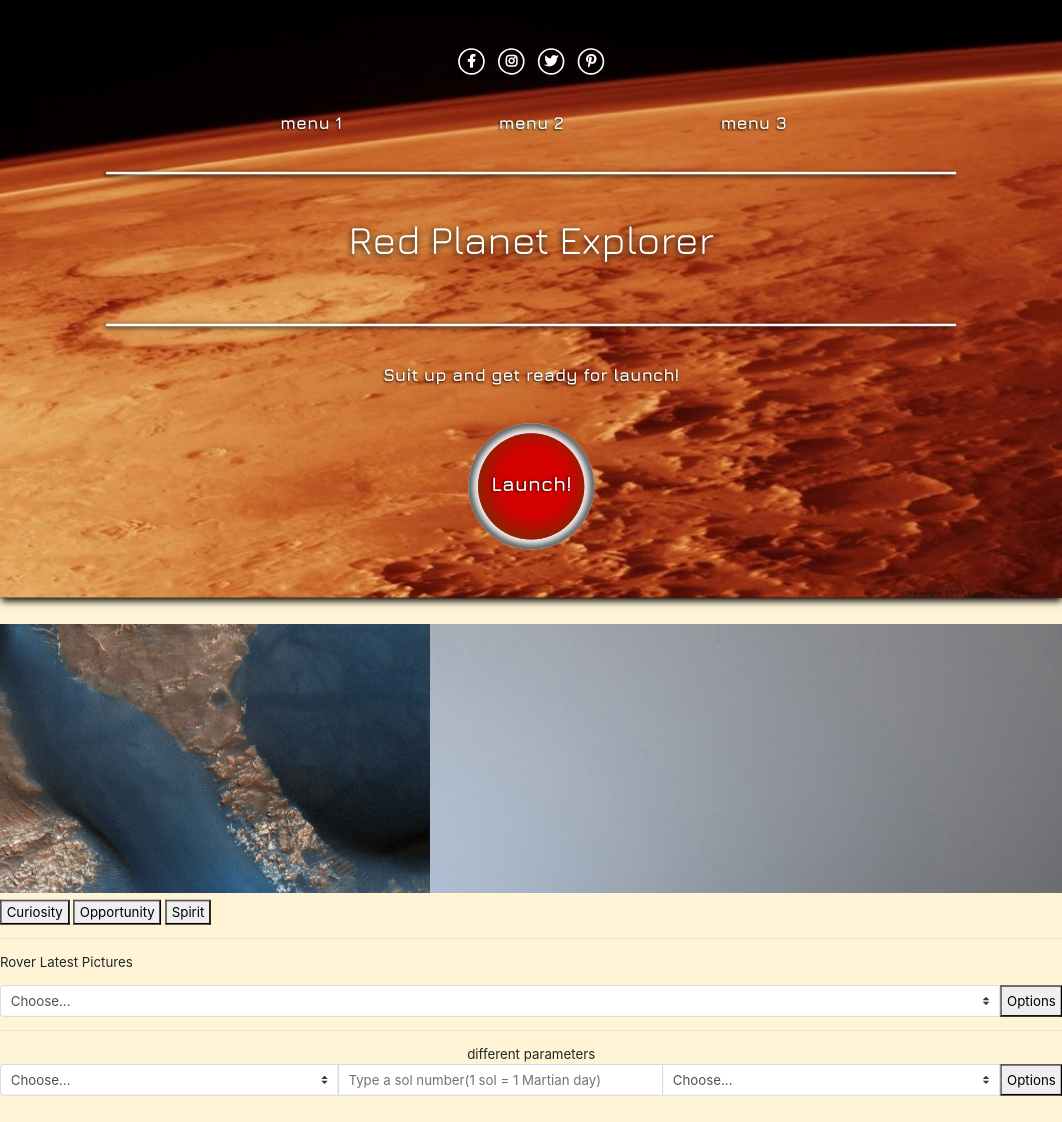
Repository: romqrq/Red-Planet-Explorer
Page: index.html
The author's editor kept a record of every edit. The page is drawn from the files as they stood at one moment, then again after the next edit.
The browser window is 1280 px wide. The pictures show the whole page, at 83% of full size.
The page's requests for data from a server got no answer. Some web fonts or font styles are not loaded; a fallback is used. Some web libraries are served in a nearby version.

Above is the page before.

### index.html
<!DOCTYPE html>
<html lang="en">

<head>
    <meta charset="UTF-8">
    <meta name="viewport" content="width=device-width, initial-scale=1.0">
    <meta http-equiv="X-UA-Compatible" content="ie=edge">
    <title>Red Weather</title>
    <link rel="stylesheet" href="https://cdnjs.cloudflare.com/ajax/libs/font-awesome/5.10.2/css/all.min.css" type="text/css" />
    <link rel="stylesheet" href="https://stackpath.bootstrapcdn.com/bootstrap/4.3.1/css/bootstrap.min.css" crossorigin="anonymous">
    <link rel="stylesheet" href="https://cdnjs.cloudflare.com/ajax/libs/hover.css/2.3.1/css/hover-min.css" type="text/css" />
    <link rel="stylesheet" href="assets/css/style.css" type="text/css" />


    <script src="https://code.jquery.com/jquery-3.4.1.js" crossorigin="anonymous"></script>
    <script type="text/javascript" src="assets/js/jquery.js"></script>
    <script type="text/javascript" src="assets/js/main.js"></script>
    <!--<script type="text/javascript" src="assets/js/main2.js"></script>-->
    <!--<script type="text/javascript" src="assets/js/main3.js"></script>-->

</head>

<body onload=writeWeatherToDocument()>
    <header>
        <div class="container-fluid main-screen-container">
            <!--<img class="header-bg" src="assets/images/mars-athmosphere.jpg"></img>-->
            <div class="row social-row">
                <div class="col-12 social-col">
                    <i class="fab fa-facebook-f round-border text-shadow"></i>
                    <i class="fab fa-instagram round-border"></i>
                    <i class="fab fa-twitter round-border"></i>
                    <i class="fab fa-pinterest-p round-border"></i>
                </div>
            </div>
            <div class="row" role="navigation">
                <a class="col-4 text-right main-text-light text-shadow" href="#">menu 1</a>
                <a class="col-4 text-center main-text-light text-shadow" href="#">menu 2</a>
                <a class="col-4 text-left main-text-light text-shadow" href="#">menu 3</a>
            </div>
            <hr class="hr-divider">
            <div class="row">
                <div class="col-12 text-center">
                    <p class="main-title title-shadow">Red Planet Explorer</p>
                </div>
            </div>
            <hr class="hr-divider">
            <div class="row">
                <div class="col-12">
                    <p class="main-text-light text-center text-shadow">Suit up and get ready for launch!</p>
                </div>
            </div>
            <div class="launch-button-div">
                <div class="launch-button-border">
                    <button class="btn launch-button text-shadow" id="launch-button">Launch!</button>
                </div>
            </div>
        </div>
    </header>
    <section>
        <div class="container-fluid weather-container">
            <div id="weatherCarousel" class="carousel slide" data-ride="carousel">
                <div class="carousel-inner">
                    <div class="carousel-item carousel-img active">
                        <img src="assets/images/carousel/curiosity_sunset.jpg" class="d-block w-100" alt="...">
                    </div>
                    <div class="carousel-item active">
                        <img src="assets/images/carousel/dune_field.jpg" class="d-block carousel-img" alt="...">
                    </div>
                    <div class="carousel-item active">
                        <img src="assets/images/carousel/sand_storm.jpg" class="d-block carousel-img" alt="...">
                    </div>
                    <div class="carousel-item active">
                        <img src="assets/images/carousel/dunes.jpg" class="d-block carousel-img" alt="...">
                    </div>
                </div>
            </div>
            <div id="dataWeather"></div>
        </div>

    </section>
    <p>Rovers Manifest</p>
    <button onclick="writeManifestToDocument('curiosity')">Curiosity</button>
    <button onclick="writeManifestToDocument('opportunity')">Opportunity</button>
    <button onclick="writeManifestToDocument('spirit')">Spirit</button>
    <div id="dataManifest"></div>
    <hr>
    <p>Rover Latest Pictures</p>
    <div class="input-group mb-3">
        <select class="custom-select" id="inputLatestRoverPhoto">
            <option selected>Choose...</option>
            <option value="curiosity">Curiosity</option>
            <option value="spirit">Spirit</option>
            <option value="opportunity">Opportunity</option>
        </select>
        <button onclick="writeLatestToDocument()">Options</button>
    </div>
    <hr>
    <div class=text-center>different parameters</div>
    <div class="input-group mb-3">
        <div class="input-group mb-3">
            <select class="custom-select" id="inputRoverName">
            <option selected>Choose...</option>
            <option value="curiosity">Curiosity</option>
            <option value="spirit">Spirit</option>
            <option value="opportunity">Opportunity</option>
        </select>
            <input type="text" class="form-control" id="solTextInput" placeholder="Type a sol number(1 sol = 1 Martian day)">
            <!--    <select class="custom-select" id="inputSolNumber">-->
            <!--  <option selected>Choose...</option>-->
            <!--  <option value="500">500</option>-->
            <!--  <option value="1000">1000</option>-->
            <!--  <option value="1500">1500</option>-->
            <!--</select>-->
            <select class="custom-select" id="inputCamName">
          <option selected>Choose...</option>
          <option value="fhaz">FHAZ</option>
          <option value="rhaz">RHAZ</option>
          <option value="mast">Mast</option>
        </select>
            <button onclick="writeParamsToDocument()">Options</button>
        </div>


        <div id="data"></div>
        <div id="data2"></div>
        <footer>

        </footer>
        <script src="https://code.jquery.com/jquery-3.3.1.slim.min.js" integrity="sha384-q8i/X+965DzO0rT7abK41JStQIAqVgRVzpbzo5smXKp4YfRvH+8abtTE1Pi6jizo" crossorigin="anonymous"></script>
        <script src="https://cdnjs.cloudflare.com/ajax/libs/popper.js/1.14.7/umd/popper.min.js" integrity="sha384-UO2eT0CpHqdSJQ6hJty5KVphtPhzWj9WO1clHTMGa3JDZwrnQq4sF86dIHNDz0W1" crossorigin="anonymous"></script>
        <script src="https://stackpath.bootstrapcdn.com/bootstrap/4.3.1/js/bootstrap.min.js" integrity="sha384-JjSmVgyd0p3pXB1rRibZUAYoIIy6OrQ6VrjIEaFf/nJGzIxFDsf4x0xIM+B07jRM" crossorigin="anonymous"></script>

</body>

</html>

### assets/css/style.css
/*General*/

@import url('https://fonts.googleapis.com/css?family=Revalia|Roboto:400,500|Jura:300,400,500,700&display=swap');


body {
    background-color: #ffd86845;
}

a {
    text-decoration: none;
    color: inherit;

}

/* Header */

.title-shadow {
    text-shadow: -1px 3px 8px #000000;
}

.text-shadow {
    text-shadow: -1px 1px 3px #000000;
}

.no-side-padding {
    padding-left: 0;
    padding-right: 0;
}

.main-screen-container {
    height: 100vh;
    max-width: 100vw;
    padding: 1rem;
    background-image: url("../images/mars-athmosphere.jpg");
    background-position: center;
    background-repeat: no-repeat;
    background-size: cover;
    background-color: black;
    display: flex;
    flex-direction: column;
    justify-content: space-evenly;
    box-shadow: 1px 4px 9px 0px black;
}

.social-row {
    padding: 1rem;
}

.social-col {
    flex-direction: row;
    display: flex;
    justify-content: center;
}

.round-border {
    border-radius: 50%;
    height: 2rem;
    border: 2px solid white;
    width: 2rem;
    justify-content: center;
    display: flex;
    line-height: 1.8rem;
    color: white;
    margin: 0 0.5rem;
    font-weight: 900;
}

.main-text-light {
    color: white;
    font-family: "Jura", "Revalia";
    font-weight: 600;
    font-size: 1.3rem;
}

.main-title {
    font-family: "Revalia", "Jura";
    font-size: 3rem;
    color: white;
    padding: 0 0 0.5rem;
}

.hr-divider {
    border-top: 3px solid rgb(255, 255, 255);
    width: 80vw;
    box-shadow: -2px 2px 6px 0px black;
}

.launch-button-div {
    margin-bottom: 1rem;
}

.launch-button-border {
    height: 9.5rem;
    width: 9.5rem;
    background-color: #eaeaea;
    padding: 0.75rem;
    border-radius: 50%;
    box-shadow: inset 0px 0px 6px 6px #676767;
    margin: auto;
}

.launch-button {
    background-color: #d40101;
    color: white;
    border: 0px solid white;
    font-size: 1.5rem;
    font-family: "Jura", "Revalia";
    font-weight: 700;
    /*text-shadow: 0px 0px 5px #ffffffcf;*/
    padding: 0.5rem 1rem 1rem;
    height: 8rem;
    width: 8rem;
    border-radius: 50%;
    box-shadow: inset 3px -4px 20px 7px #842600;
}

.launch-button-animation {
    animation-name: launchButtonAnimation;
    animation-duration: 2s;
    animation-delay: .3s;
    animation-timing-function: linear;
    animation-iteration-count: infinite;
    animation-direction: alternate;
}

.shake-animation {
    animation-name: shake;
    animation-duration: 2s;
    animation-delay: .3s;
    animation-timing-function: linear;
    animation-direction: alternate;
}

.btn.launch-button:hover {
    color: white;
}

.btn.launch-button:focus {
    box-shadow: inset 0 0 3px 1px black;
}

.pressed-button {
    background-color: #d40101!important;
    box-shadow: inset 3px -4px 20px 7px #842600!important;
}


/* Weather */

.weather-container {
    padding: 2rem 0;
    height: 45vh;
    max-width: 100vw;
}


.carousel-img {
    height: 45vh;
}






/* Launch button bg change */

@keyframes launchButtonAnimation {
    from {
        background-color: #bf0000;
    }
    to {
        background-color: #fa1800;
    }
}

@keyframes shake {
    0% {
        transform: translate(1px, 1px) rotate(0deg);
    }

    5% {
        transform: translate(-1px, -2px) rotate(-0.1deg);
    }

    10% {
        transform: translate(-3px, 0px) rotate(0.1deg);
    }

    15% {
        transform: translate(3px, 2px) rotate(0deg);
    }

    20% {
        transform: translate(1px, -1px) rotate(0.1deg);
    }

    25% {
        transform: translate(-1px, 2px) rotate(-0.1deg);
    }

    30% {
        transform: translate(-3px, 1px) rotate(0deg);
    }

    35% {
        transform: translate(3px, 1px) rotate(-0.1deg);
    }

    40% {
        transform: translate(-1px, -1px) rotate(0.1deg);
    }

    45% {
        transform: translate(1px, 2px) rotate(0deg);
    }

    50% {
        transform: translate(1px, -2px) rotate(-0.1deg);
    }

    55% {
        transform: translate(1px, 1px) rotate(0deg);
    }

    60% {
        transform: translate(-1px, -2px) rotate(-0.1deg);
    }

    65% {
        transform: translate(-3px, 0px) rotate(0.1deg);
    }

    70% {
        transform: translate(3px, 2px) rotate(0deg);
    }

    75% {
        transform: translate(1px, -1px) rotate(0.1deg);
    }

    80% {
        transform: translate(-1px, 2px) rotate(-0.1deg);
    }

    85% {
        transform: translate(-3px, 1px) rotate(0deg);
    }

    90% {
        transform: translate(3px, 1px) rotate(-0.1deg);
    }

    95% {
        transform: translate(-1px, -1px) rotate(0.1deg);
    }

    100% {
        transform: translate(1px, 2px) rotate(0deg);
    }
}

### assets/js/jquery.js
$(document).ready(function() {
    $("#launch-button").click(function() {
        $("header").addClass("shake-animation");
        $("#launch-button").removeClass("launch-button-animation");
        setTimeout(scrolldown, 2000);
    });

    function scrolldown() {
        var elTarget = document.getElementById("weather-carousel");
        elTarget.scrollIntoView();
    }
});

### assets/js/main.js
var roverName = "curiosity";
// var solNumber = ""; //"&sol=1000";
// var camName = "&camera=FHAZ";
// var pageNumber = ""; //"&page=1"
// var earthDate = "earth_date=2015-6-3"


//WORKS xhr.open("GET", "https://api.nasa.gov/insight_weather/?api_key=unJZiQapXhyZamSl37P8FEh7Zlssi7xmaIF4l95b&feedtype=json&ver=1.0");
//WORKS xhr.open("GET", "https://api.nasa.gov/mars-photos/api/v1/rovers/curiosity/latest_photos?api_key=unJZiQapXhyZamSl37P8FEh7Zlssi7xmaIF4l95b&feedtype=json&ver=1.0");
//WORKS xhr.open("GET", "https://api.nasa.gov/mars-photos/api/v1/manifests/curiosity?api_key=unJZiQapXhyZamSl37P8FEh7Zlssi7xmaIF4l95b&feedtype=json&ver=1.0");



var roverName = ""; //"curiosity";
var solNumber = ""; //"&sol=1000";
var camName = ""; //"&camera=FHAZ";
var pageNumber = ""; //"&page=1"
var earthDate = ""; //"earth_date=2015-6-3"

function getWeatherData(cbweather) {

    var xhr = new XMLHttpRequest();

    xhr.onreadystatechange = function() {
        if (this.readyState == 4 && this.status == 200) {
            cbweather(JSON.parse(this.responseText));
        }
    };
    xhr.open("GET", "https://mars.nasa.gov/rss/api/?feed=weather&category=insight&feedtype=json&ver=1.0");
    xhr.send();
}

function writeWeatherToDocument() {
    var el = document.getElementById("dataWeather");
    el.innerHTML = "";

    getWeatherData(function(data) {
        var JSO = data;
        //data/validity_checks/
        var vc = data.validity_checks;
        //setting last sol number
        var sol = vc.sols_checked[vc.sols_checked.length - 1];
        //setting SECOND LAST sol number
        var SLsol = vc.sols_checked[vc.sols_checked.length - 2];
        //data/validity_checks/"last sun number"/AT/valid:"true or false"
        var vcsATvalid = vc[sol].AT.valid;
        //data/validity_checks/"SECOND LAST sun number"/AT/valid:"true or false"
        var vcSLsATvalid = vc[SLsol].AT.valid;

        //stting up data for display
        if (vcsATvalid) {
            var DLVS = JSO[sol];
            var AT = JSO[sol].AT;
            var PRE = JSO[sol].PRE;
            var HWS = JSO[sol].HWS;
            var WD = JSO[sol].WD.most_common.compass_point
        }
        else if (vcSLsATvalid) {
            var DLVS = JSO[SLsol];
            var AT = JSO[SLsol].AT;
            var PRE = JSO[SLsol].PRE;
            var HWS = JSO[SLsol].HWS;
            var WD = JSO[SLsol].WD.most_common.compass_point;
        }

        el.innerHTML += `
        <div class="weather-data-display">
            <div class="row AT-data">
                <div class="col-6 weather-label">
                    <p>Temperature (ºC):</p>
                </div>
                <div class="col-2 weather-main-number>
                    <p>Avg: ${Math.round(AT.av)}</p>
                </div>
                <div class="col-4 weather-secondary-numbers>
                    <div class ="weather-sn-1">
                        <p>Max: ${Math.round(AT.mx)}</p>
                    </div>
                    <div class ="weather-sn-2">
                        <p>Min: ${Math.round(AT.mn)}</p>
                    </div>
                </div>
            </div>
            <div class="row PRE-data">
                <div class="col-6 weather-label">
                    <p>ATM Pressure (Pa):</p>
                </div>
                <div class="col-2 weather-main-number>
                    <p>Avg:${Math.round(PRE.av)}</p>
                </div>
                <div class="col-4 weather-secondary-numbers>
                    <div class ="weather-sn-1">
                        <p>Max: ${Math.round(PRE.mx)}</p>
                    </div>
                    <div class ="weather-sn-2">
                        <p>Min: ${Math.round(PRE.mn)}</p>
                    </div>
                </div>
            </div>
            <div class="row HWS-data">
                <div class="col-6 weather-label">
                    <p>Wind (ºm/s):</p>
                </div>
                <div class="col-2 weather-main-number>
                    <p>Avg: ${Math.round(HWS.av)}</p>
                </div>
                <div class="col-2 weather-secondary-numbers>
                    <div class ="weather-sn-1">
                        <p>${Math.round(HWS.mn)}</p>
                    </div>
                    <div class ="weather-sn-2">
                        <p>${Math.round(HWS.mx)}</p>
                    </div>
                </div>
                <div class="col-2 weather-main-number>
                    <p>${WD}</p>
                </div>
            </div>
        </div>`;
    });
}


function getManifest(roverNameManifest, cbManifest) {
    console.log(roverNameManifest);

    var xhr = new XMLHttpRequest();

    xhr.onreadystatechange = function() {
        if (this.readyState == 4 && this.status == 200) {
            // document.getElementById("data").innerHTML = JSON.parse(this.responseText);
            console.log(JSON.parse(this.responseText));
            cbManifest(JSON.parse(this.responseText));
        }
    };
    xhr.open("GET", "https://api.nasa.gov/mars-photos/api/v1/manifests/" + roverNameManifest + "?api_key=unJZiQapXhyZamSl37P8FEh7Zlssi7xmaIF4l95b&feedtype=json&ver=1.0");
    xhr.send();
}

function writeManifestToDocument(roverNameManifest) {
    var el = document.getElementById("dataManifest");
    el.innerHTML = "";

    getManifest(roverNameManifest, function(data) {
        data = data.photo_manifest;

        let item;
        for (item in data) {
            if (item != "photos") {
                let itemString = item.replace(/_/g, " ");
                let itemStringCapitalized = itemString.charAt(0).toUpperCase() + itemString.slice(1);
                console.log(itemStringCapitalized);
                el.innerHTML += `<p>${itemStringCapitalized}: ${data[item]}</p>`;
            }
        }
    });
}

function getParamsData(cb) {
    var rvn = document.getElementById("inputRoverName");
    var roverName = rvn.options[rvn.selectedIndex].value;

    var snb = document.getElementById("solTextInput");
    var solNumber = `&sol=${snb.value}`;
    // var snb = document.getElementById("inputSolNumber");
    // var solNumber = `&sol=${snb.options[snb.selectedIndex].value}`;

    var cmn = document.getElementById("inputCamName");
    var camName = `&camera=${cmn.options[cmn.selectedIndex].value}`;

    // var pgn = document.getElementById("inputPageNumber");
    // var pageNumber = `&page=${pgn.options[pgn.selectedIndex].value}`;

    // var ead = document.getElementById("inputEarthDate");
    // var earthDate = `earth_date=${ead.options[ead.selectedIndex].value}`;

    var xhr = new XMLHttpRequest();
    xhr.onreadystatechange = function() {
        if (this.readyState == 4 && this.status == 200) {
            // document.getElementById("data").innerHTML = JSON.parse(this.responseText);
            console.log(JSON.parse(this.responseText));
            cb(JSON.parse(this.responseText));
        }
    };
    xhr.open("GET", `https://api.nasa.gov/mars-photos/api/v1/rovers/${roverName}/photos?${earthDate}${solNumber}${camName}${pageNumber}&api_key=unJZiQapXhyZamSl37P8FEh7Zlssi7xmaIF4l95b`);
    xhr.send();

}

function writeParamsToDocument() {
    var el = document.getElementById("data2");
    el.innerHTML = "";

    getParamsData(function(data) {
        data = data.photos;

        data.forEach(function(item) {
            // for (item in data) {
            el.innerHTML += `<img src=${item.img_src} height=150 width=150>`;
        });
    });
}


function getLatest(cbLatest) {
    var roverLatest = document.getElementById("inputLatestRoverPhoto");
    var roverNameLatest = `${roverLatest.options[roverLatest.selectedIndex].value}`;
    // var rvrnm = document.getElementsByclass("nameRoverButton").id;
    // console.log(rvrnm);
    // var roverNameLatest = rvrnm.value;
    var xhr = new XMLHttpRequest();

    xhr.onreadystatechange = function() {
        if (this.readyState == 4 && this.status == 200) {
            // document.getElementById("data").innerHTML = JSON.parse(this.responseText);
            console.log(JSON.parse(this.responseText));
            cbLatest(JSON.parse(this.responseText));
        }
    };
    xhr.open("GET", `https://api.nasa.gov/mars-photos/api/v1/rovers/${roverNameLatest}/latest_photos?api_key=unJZiQapXhyZamSl37P8FEh7Zlssi7xmaIF4l95b&feedtype=json&ver=1.0`);
    xhr.send();
}

function writeLatestToDocument() {
    var el = document.getElementById("data");
    el.innerHTML = "";

    getLatest(function(data) {
        data = data.latest_photos;

        data.forEach(function(item) {
            el.innerHTML += `<img src=${item.img_src} height=150 width=150>`;
        });
    });
}

After the next edit:
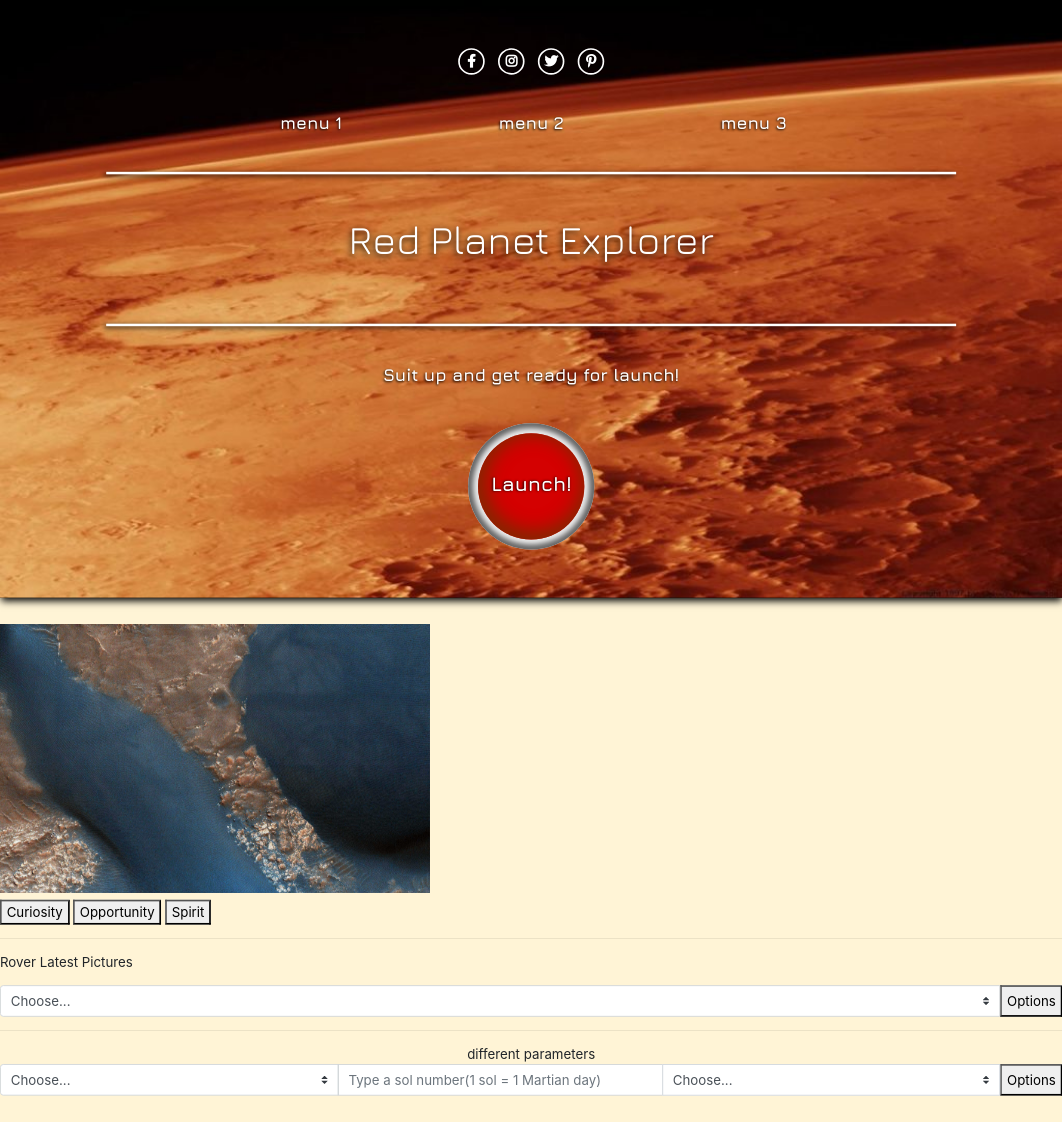
The edit:
--- a/index.html
+++ b/index.html
@@ -60,8 +60,8 @@
         <div class="container-fluid weather-container">
             <div id="weatherCarousel" class="carousel slide" data-ride="carousel">
                 <div class="carousel-inner">
-                    <div class="carousel-item carousel-img active">
-                        <img src="assets/images/carousel/curiosity_sunset.jpg" class="d-block w-100" alt="...">
+                    <div class="carousel-item active">
+                        <img src="assets/images/carousel/curiosity_sunset.jpg" class="d-block carousel-img" alt="...">
                     </div>
                     <div class="carousel-item active">
                         <img src="assets/images/carousel/dune_field.jpg" class="d-block carousel-img" alt="...">
